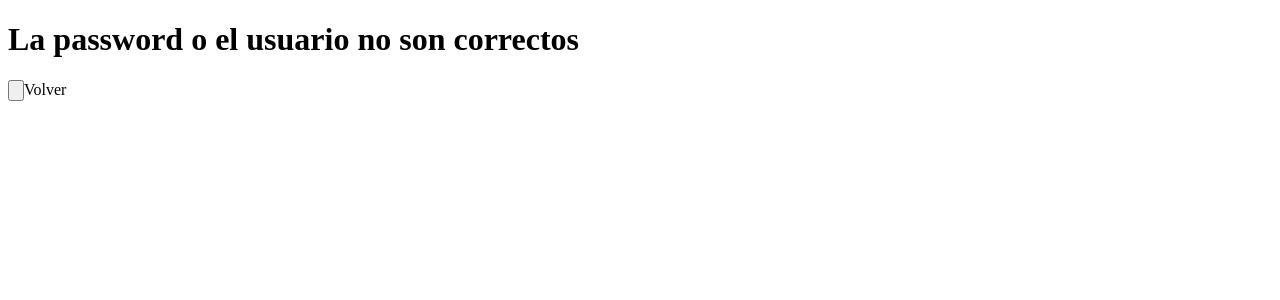
Repository: DGM140775/nocionesJava
Page: 05_Web/WebContent/error.html
These files come from the project's save history. The page is drawn as it stood at one moment and after the next save; the edit follows.
The browser window is 1280 px wide. The pictures show the whole page.

Above is the page before, as saved 2019-04-25 09:57:47.

### 05_Web/WebContent/error.html
<!DOCTYPE html>
<html>
<head>
<meta charset="UTF-8">
<title>Insert title here</title>
</head>
<body>
	<h1>La password o el usuario no son correctos</h1>
	<input type="button" name=Volver onclick="Inicio.html">Volver</input>
</body>
</html>

After the next save:
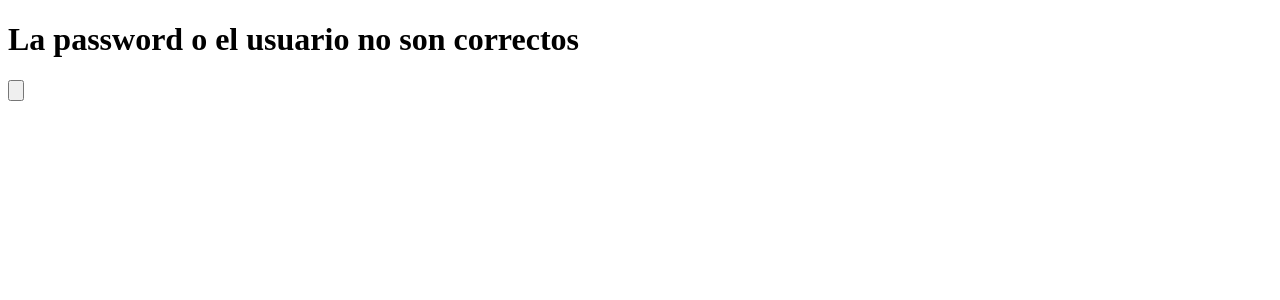
Saved 56 s later.
--- a/05_Web/WebContent/error.html
+++ b/05_Web/WebContent/error.html
@@ -6,6 +6,6 @@
 </head>
 <body>
 	<h1>La password o el usuario no son correctos</h1>
-	<input type="button" name=Volver onclick="Inicio.html">Volver</input>
+	<input type="button" name="Volver" onclick="Inicio.html">
 </body>
 </html>
